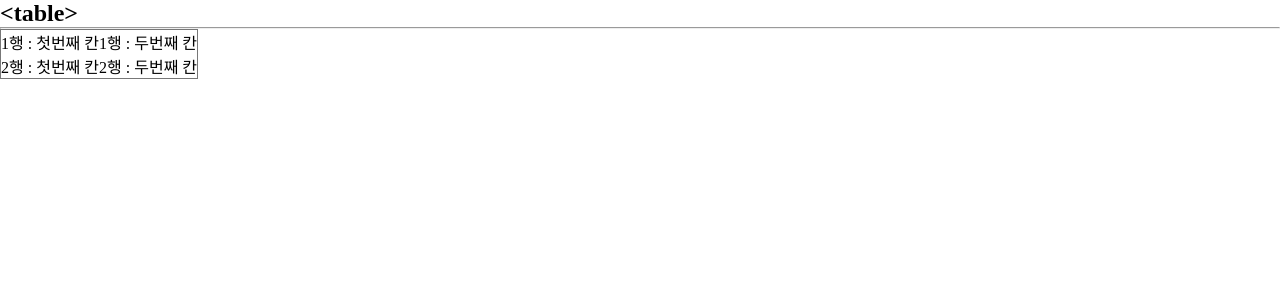
Repository: hyunh84/jsp_study
Page: http://localhost/Day02/j07_table01.jsp
The author's editor kept a copy of each file at every save. The page is drawn from the files as they stood at one save, then again after the next save.
The browser window is 1280 px wide. The pictures show the whole page.
The page is served by Tomcat 9. Other server files are loaded and not shown.

Above is the page before, as saved 2015-09-06 03:23:15.

### MyWorks/Day02/WebContent/j07_table01.jsp
<%@ page language="java" contentType="text/html; charset=utf-8"
    pageEncoding="utf-8"%>
<!DOCTYPE html>
<html>
<head>
<meta charset="utf-8">
<title>Insert title here</title>

<style type="text/css">
	* {margin:0; padding:0;}
	table {border-collapse:collapse; border:1px solid #777;}
</style>
</head>
<body>

	<h2>&lt;table&gt;</h2>
	<hr>

	<%--
		tr : 한줄을 의미
		td : 한칸을 의미
	 --%>

	<table>
		<tbody>
			<tr>
				<td>1행 : 첫번째 칸</td>
				<td>1행 : 두번째 칸</td>
			</tr>
			<tr>
				<td>2행 : 첫번째 칸</td>
				<td>2행 : 두번째 칸</td>
			</tr>
		</tbody>
	</table>



</body>
</html>

After the next save:
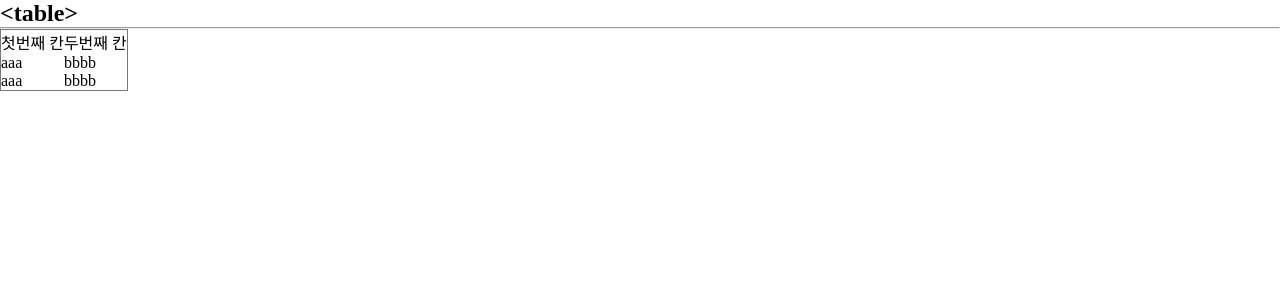
Saved 28 s later.
--- a/MyWorks/Day02/WebContent/j07_table01.jsp
+++ b/MyWorks/Day02/WebContent/j07_table01.jsp
@@ -24,12 +24,16 @@
 	<table>
 		<tbody>
 			<tr>
-				<td>1행 : 첫번째 칸</td>
-				<td>1행 : 두번째 칸</td>
+				<td>첫번째 칸</td>
+				<td>두번째 칸</td>
 			</tr>
 			<tr>
-				<td>2행 : 첫번째 칸</td>
-				<td>2행 : 두번째 칸</td>
+				<td>aaa</td>
+				<td>bbbb</td>
+			</tr>
+			<tr>
+				<td>aaa</td>
+				<td>bbbb</td>
 			</tr>
 		</tbody>
 	</table>
